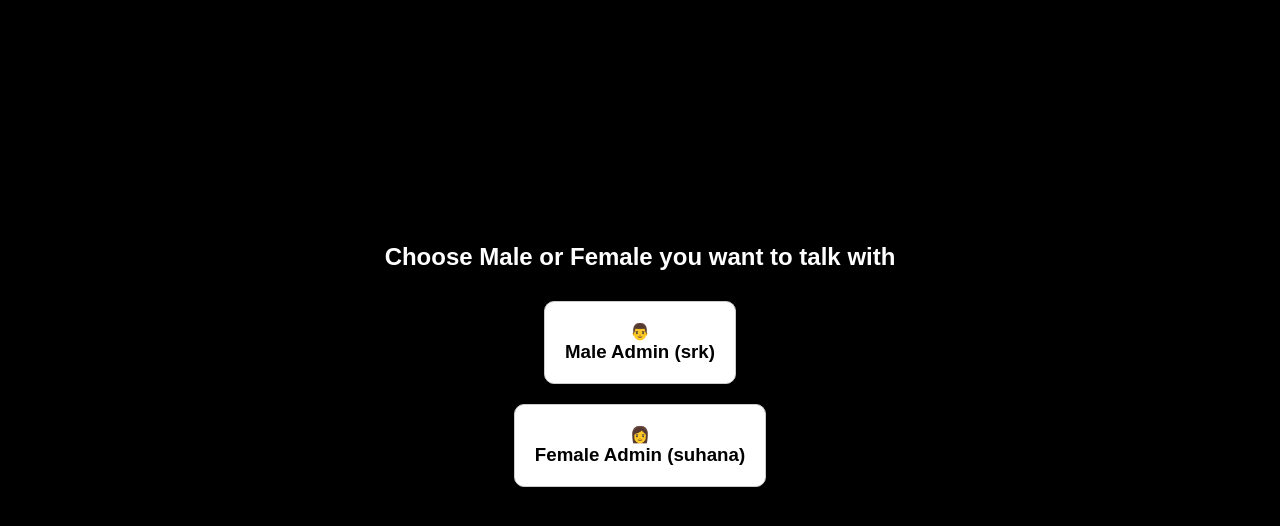
Repository: mdmisri/needy-talk
Page: /home (app in frontend/talk-d1/)
The author's editor kept a copy of each file at every save. The page is drawn from the files as they stood at one save, then again after the next save.
The browser window is 1280 px wide. The pictures show the whole page.
The page's requests for data from a server got no answer. The project was rebuilt for these pictures with package versions that can differ from the ones it lists, and the page was loaded fresh each time. No one was signed in, and anything a server would have sent is missing. Also part of the build but not shown: frontend/talk-d1/src/components/Login/Login.js, frontend/talk-d1/src/components/Register/Register.js, frontend/talk-d1/src/conversationUtils.js, frontend/talk-d1/src/hooks/useConversation.js, frontend/talk-d1/src/components/Chat/styles/Message.css, frontend/talk-d1/src/components/Chat/Message.js, frontend/talk-d1/src/components/Chat/styles/ChatBox.css, frontend/talk-d1/src/components/Chat/ChatBox.js and 2 more.

Above is the page before, as saved 2024-07-29 05:00:14.

After the next save:
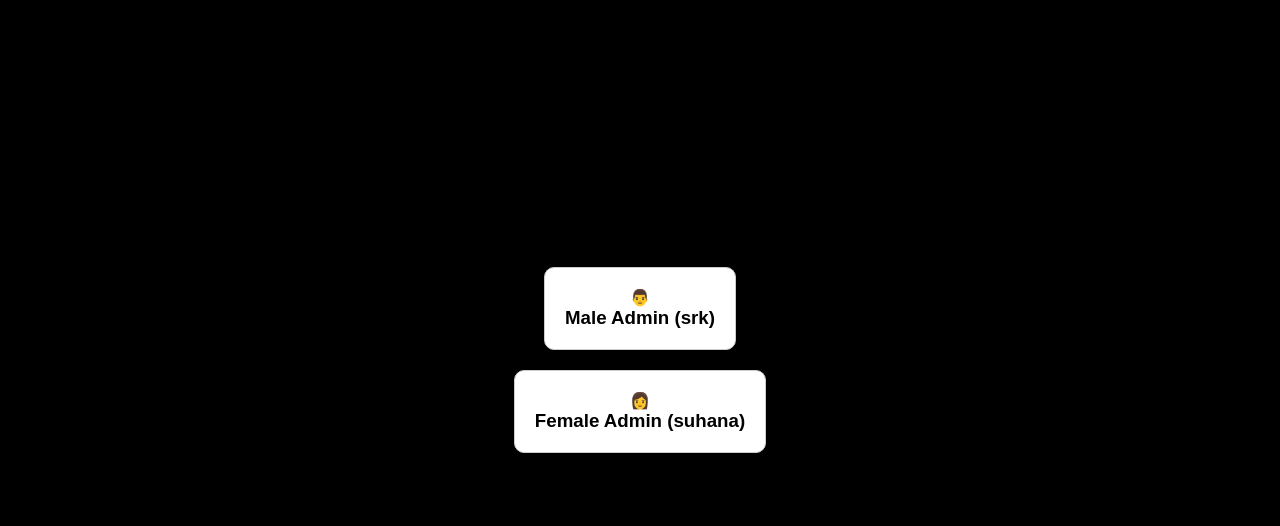
Saved 9 s later.
--- a/frontend/talk-d1/src/components/Chat/AdminSelection.js
+++ b/frontend/talk-d1/src/components/Chat/AdminSelection.js
@@ -4,7 +4,6 @@
 const AdminSelection = ({ onSelectAdmin }) => {
     return (
         <div className="admin-selection-container">
-            <h2>Choose Male or Female you want to talk with</h2>
             <div className="card" onClick={() => onSelectAdmin('srk')}>
             <div className="card-icon">👨</div>
                 <h3>Male Admin (srk)</h3>

After the save that followed:
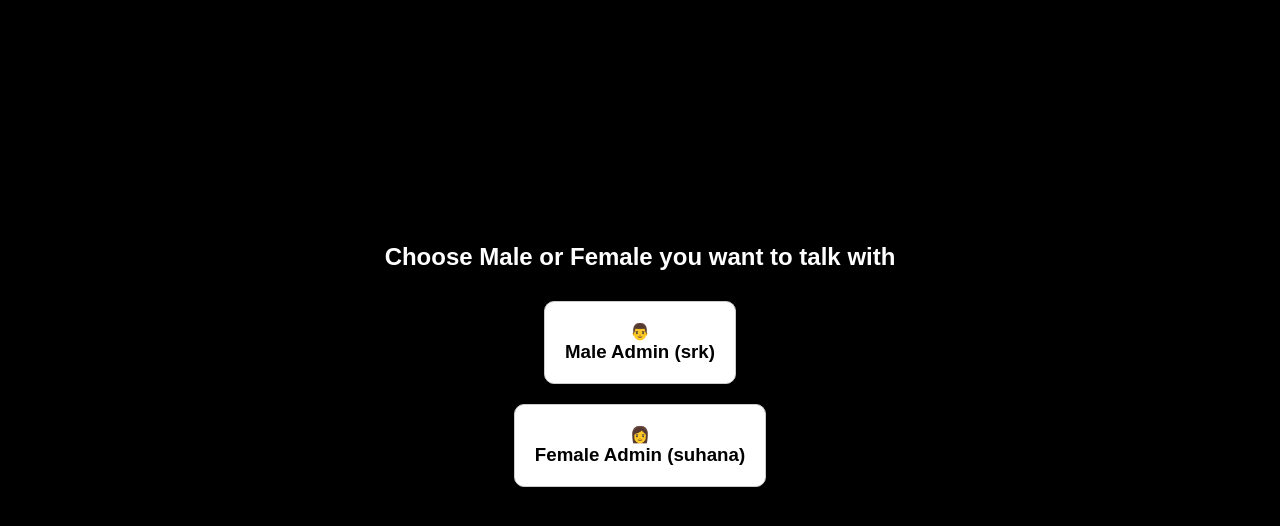
Saved 12 s later.
--- a/frontend/talk-d1/src/components/Chat/AdminSelection.js
+++ b/frontend/talk-d1/src/components/Chat/AdminSelection.js
@@ -4,6 +4,8 @@
 const AdminSelection = ({ onSelectAdmin }) => {
     return (
         <div className="admin-selection-container">
+            <h2>Choose Male or Female you want to talk with</h2>
+
             <div className="card" onClick={() => onSelectAdmin('srk')}>
             <div className="card-icon">👨</div>
                 <h3>Male Admin (srk)</h3>
